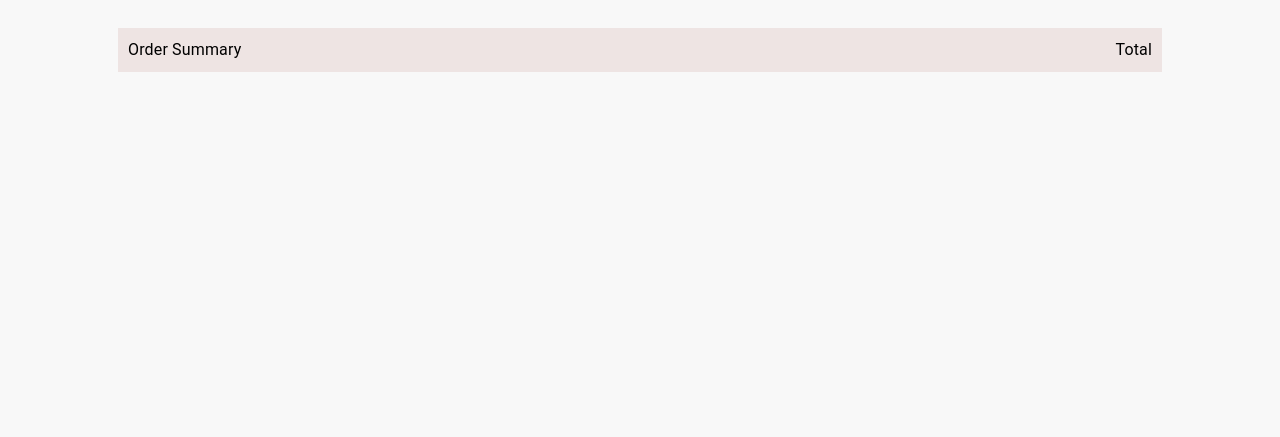
Repository: Armstrong2035/hng-project-two
Page: /cart (app in timbu-store/)
These files come from the project's save history. The page is drawn as it stood at one moment and after the next save; the edit follows.
The browser window is 1280 px wide. The pictures show the whole page.
The project was rebuilt for these pictures with package versions that can differ from the ones it lists, and the page was loaded fresh each time. The framework's server and built-in components were replaced by stand-ins that run in the browser. Also part of the build but not shown: timbu-store/next.config.mjs.

Above is the page before, as saved 2024-07-08 23:10:49.

### timbu-store/src/app/layout.js
export default function RootLayout({ children }) {
  return (
    <html lang="en">
      <body style={{ backgroundColor: "#F8F8F8" }}>{children}</body>
    </html>
  );
}

### timbu-store/src/app/cart/page.js
"use client";
import React from "react";
import CartPage from "../../../components/checkout/cart/CartPage";

export default function Page() {
  return (
    <>
      <CartPage />
    </>
  );
}

### timbu-store/components/checkout/cart/CartPage.js
"use client";
import useStore from "@/store/store";
import Image from "next/image";
import {
  Typography,
  Box,
  Stack,
  Grid,
  Button,
  Card,
  CardContent,
  Container,
  AppBar,
} from "@mui/material";
import React, { useState } from "react";
import Cart from "./Cart";
export default function CartPage() {
  return (
    <>
      <Stack alignItems={"center"}>
        <Box
          style={{
            width: "80vw",
            display: "flex",
            justifyContent: "space-between",
            padding: "10px 10px",
            marginTop: "20px",
            backgroundColor: "#EEE4E3",
          }}
          className="heading"
        >
          <Typography>Order Summary</Typography>
          <Typography>Total</Typography>
        </Box>

        <Container>
          <Grid container>
            <Grid item className={"item"} xl={10} lg={8} md={6} sm={12} xs={12}>
              <Cart />
            </Grid>
            <Grid item xl={4} lg={4} md={6} sm={12} xs={12}></Grid>
          </Grid>
        </Container>
      </Stack>
    </>
  );
}

### timbu-store/src/store/store.js
import { create } from "zustand";
import { persist } from "zustand/middleware";

const useStore = create(
  persist(
    (set) => ({
      cart: [],
      addToCart: (item) => set((state) => ({ cart: [...state.cart, item] })),
    }),
    {
      name: "cart-storage",
    }
  )
);

export default useStore;

### timbu-store/components/checkout/cart/Cart.js
"use client";
import React, { useState } from "react";
import useStore from "@/store/store";
import {
  Box,
  Grid,
  Stack,
  Card,
  CardContent,
  Typography,
  Button,
} from "@mui/material";
import Image from "next/image";

export default function Cart() {
  const [orderVolume, setOrderVolume] = useState(1);
  const cart = useStore((state) => state.cart);

  console.log(cart);
  return (
    <>
      <Stack spacing={10}>
        {cart.map((item) => (
          <Box
            key={item.id}
            className={"order summary"}
            style={{
              width: "100%",
              display: "flex",
              alignItems: "center",
              justifyContent: "space-between",
            }}
          >
            <Box sx={{ backgroundColor: "#F8F8F8" }}>
              <Stack direction={"row"} alignItems={"center"} spacing={2}>
                <Box
                  sx={{
                    display: "flex",
                    alignItems: "center",
                    justifyContent: "center",
                    backgroundColor: "#F1F0F0",
                    position: "relative",
                    "&:hover .add-to-cart": {
                      opacity: 1,
                    },

                    "&:hover": {
                      backgroundColor: "#E6DFDF",
                    },
                    width: "260px",
                    height: "290px",
                  }}
                  elevation={"none"}
                >
                  <div
                    style={{
                      width: "300",
                      height: "300",
                      position: "relative",
                      padding: "10px, 10px",
                    }}
                  >
                    <Image
                      src={item.imageUrl}
                      alt={item.productName}
                      layout="responsive"
                      width={500}
                      height={500}
                      objectFit="contain"
                    />
                  </div>
                </Box>
                <Box sx={{ padding: "16px" }}>
                  <Typography>{item.productName}</Typography>
                  <Box
                    sx={{
                      border: "1px solid #B2A6A6",
                      display: "flex",
                      flexDirection: "row",
                      alignItems: "center",
                      margin: "10px 0",
                    }}
                  >
                    <Button
                      sx={{ color: "#473838" }}
                      onClick={() =>
                        setOrderVolume(orderVolume > 1 ? orderVolume - 1 : 1)
                      }
                    >
                      -
                    </Button>
                    <Typography sx={{ padding: "0 10px" }}>
                      {orderVolume}
                    </Typography>
                    <Button
                      sx={{ color: "#473838" }}
                      onClick={() => setOrderVolume(orderVolume + 1)}
                    >
                      +
                    </Button>
                  </Box>

                  <Button sx={{ color: "#ED8174" }}>Remove</Button>
                </Box>
              </Stack>
            </Box>

            <Typography sx={{ margin: "auto 80px" }}>
              {item.discountPrice}
            </Typography>
          </Box>
        ))}
      </Stack>
    </>
  );
}

After the next save:
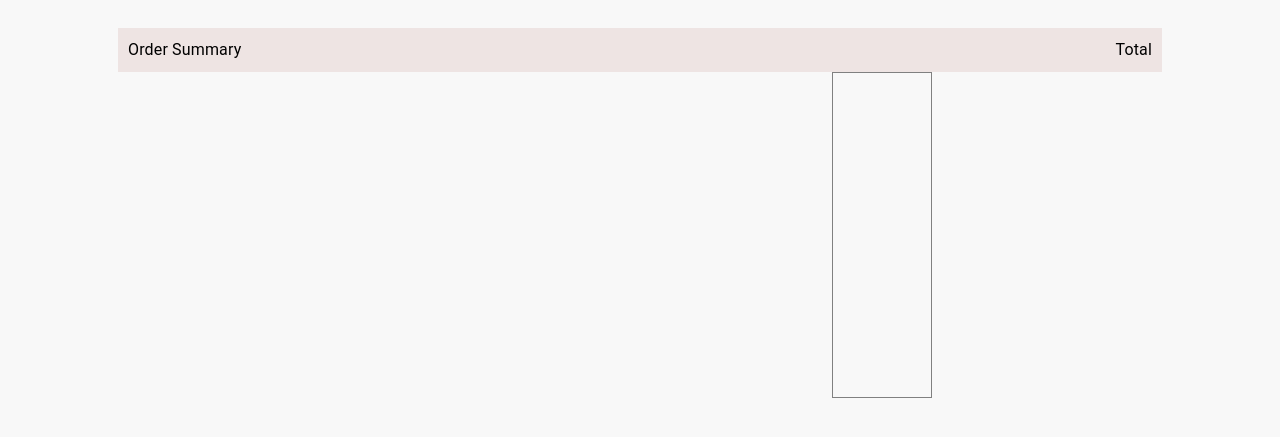
Saved 3 min 41 s later.
--- a/timbu-store/components/checkout/cart/CartPage.js
+++ b/timbu-store/components/checkout/cart/CartPage.js
@@ -38,7 +38,15 @@ export default function CartPage() {
             <Grid item className={"item"} xl={10} lg={8} md={6} sm={12} xs={12}>
               <Cart />
             </Grid>
-            <Grid item xl={4} lg={4} md={6} sm={12} xs={12}></Grid>
+            <Grid item xl={4} lg={4} md={6} sm={12} xs={12}>
+              <Box
+                sx={{
+                  border: "1px solid grey",
+                  height: "324px",
+                  width: "98px",
+                }}
+              ></Box>
+            </Grid>
           </Grid>
         </Container>
       </Stack>
